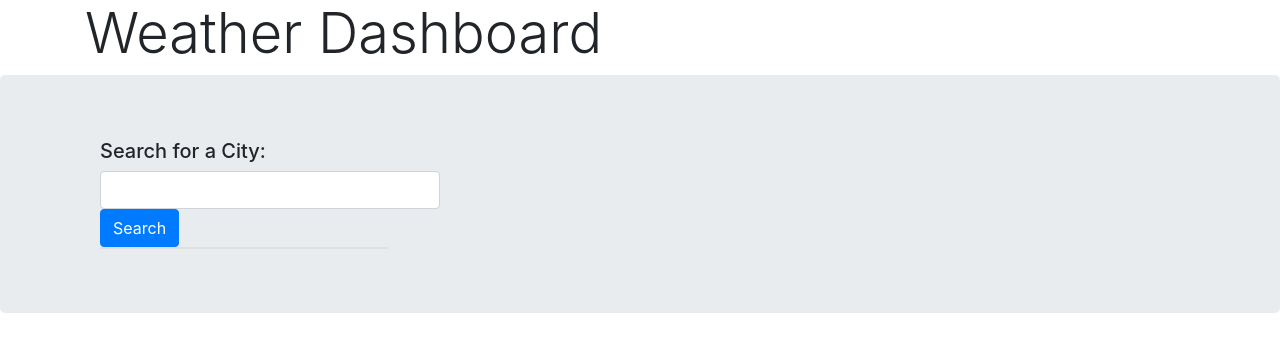
Repository: LaBrewT2/weather-dashboard
Page: index.html
These files come from the project's save history. The page is drawn as it stood at one moment and after the next save; the edit follows.
The browser window is 1280 px wide. The pictures show the whole page.
Some web libraries are served in a nearby version.

Above is the page before, as saved 2021-01-03 19:12:04.

### index.html
<!DOCTYPE html>
<html lang="en">

<head>
  <meta charset="UTF-8">
  <meta name="viewport" content="width=device-width, initial-scale=1.0">
  <title>Weather Dashboard</title>

<!-- JQuery library -->
<script src="https://cdnjs.cloudflare.com/ajax/libs/jquery/3.2.1/jquery.min.js"></script>
<script src="https://cdnjs.cloudflare.com/ajax/libs/moment.js/2.24.0/moment.min.js"></script>
<!-- Bootstrap CSS-->
<link rel="stylesheet" href="https://maxcdn.bootstrapcdn.com/bootstrap/4.0.0/css/bootstrap.min.css">
</head>

<body>
<!--Page Header -->
<div class="jumbotron-fluid">
  <div class="container">
    <h1 class="display-4">Weather Dashboard </h1>
  </div>
</div>

<!-- Page main container with rows -->
<section>
  <div class="jumbotron">
<div id ="maincontainer" class="container">
  <div class="col-4" id = "searchBlock">

    <form id="search">
    <h5>Search for a City:</h5>
    <span id="error"></span>
    <input type="text" class="form-control" id="city" aria-describedby="basic-addon3">
    <input class="btn btn-primary" id="search" type="submit" value="Search">

    <div id="list-group" class="card" style="width: 18rem;"></div>

    </form>

  </div>
</div>
</div>
</section>

</body>
<script src= /script.js></script>
</html>

### script.js
$(document).ready(function(){

    $('#search').click(function(){

      var city = $("#city").val();

      if(city != ''){

        $.ajax({
              //API Call
              url: 'https://api.openweathermap.org/data/2.5/weather?q=' + city + "&units=imperial" + "&APPID=667a7ad2f064b0cc35a232f16bab9c8d",
              type: "GET",
              dataType: "jsonp",
              success: function(data){
                console.log(data);

                var widget  = show(data);

                $("#show").html(widget);
                $("#city").val('');
              }

        })

      }else{
        $("#error").html('Field cannot be empty')
      }

    });
});
//API Data
function show(data){
  return "<h3><strong>Weather</strong>: "+ data.weather[0].main + "</h3>" +
  "<h3><strong>Weather</strong>: "+ data.weather[0].description + "</h3>" +
  "<h3><strong>Temperature</strong>: "+ data.main.temp + "</h3>" +
  "<h3><strong>Pressure</strong>: "+ data.main.pressure + "</h3>" +
  "<h3><strong>Humidity</strong>: "+ data.main.humidity + "</h3>" +
  "<h3><strong>Min. Temperature</strong>: "+ data.main.temp_min + "</h3>" +
  "<h3><strong>Max. Temperature</strong>: "+ data.main.temp_max + "</h3>" +
  "<h3><strong>Wind Speed</strong>: "+ data.wind.speed + "</h3>" +
  "<h3><strong>Wind Direction</strong>: "+ data.wind.direction + "</h3>"  ;

}

After the next save:
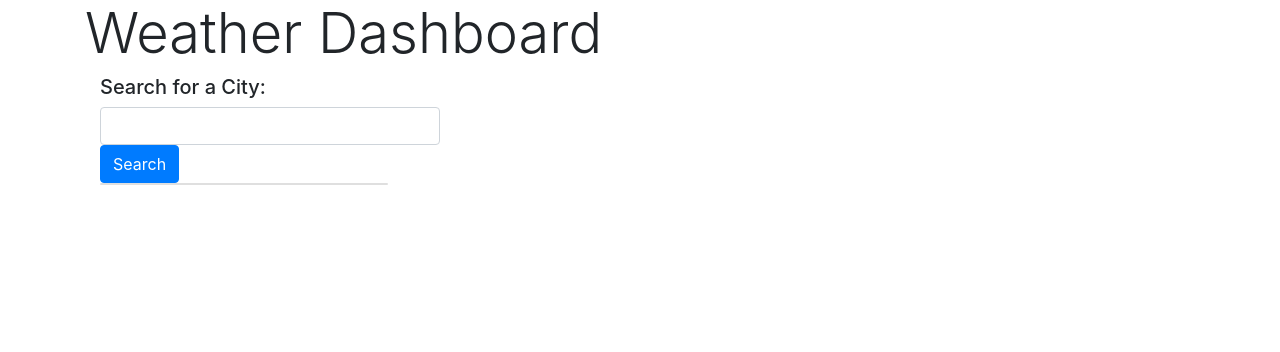
Saved 8 min 4 s later.
--- a/index.html
+++ b/index.html
@@ -22,8 +22,6 @@
 </div>
 
 <!-- Page main container with rows -->
-<section>
-  <div class="jumbotron">
 <div id ="maincontainer" class="container">
   <div class="col-4" id = "searchBlock">
 
